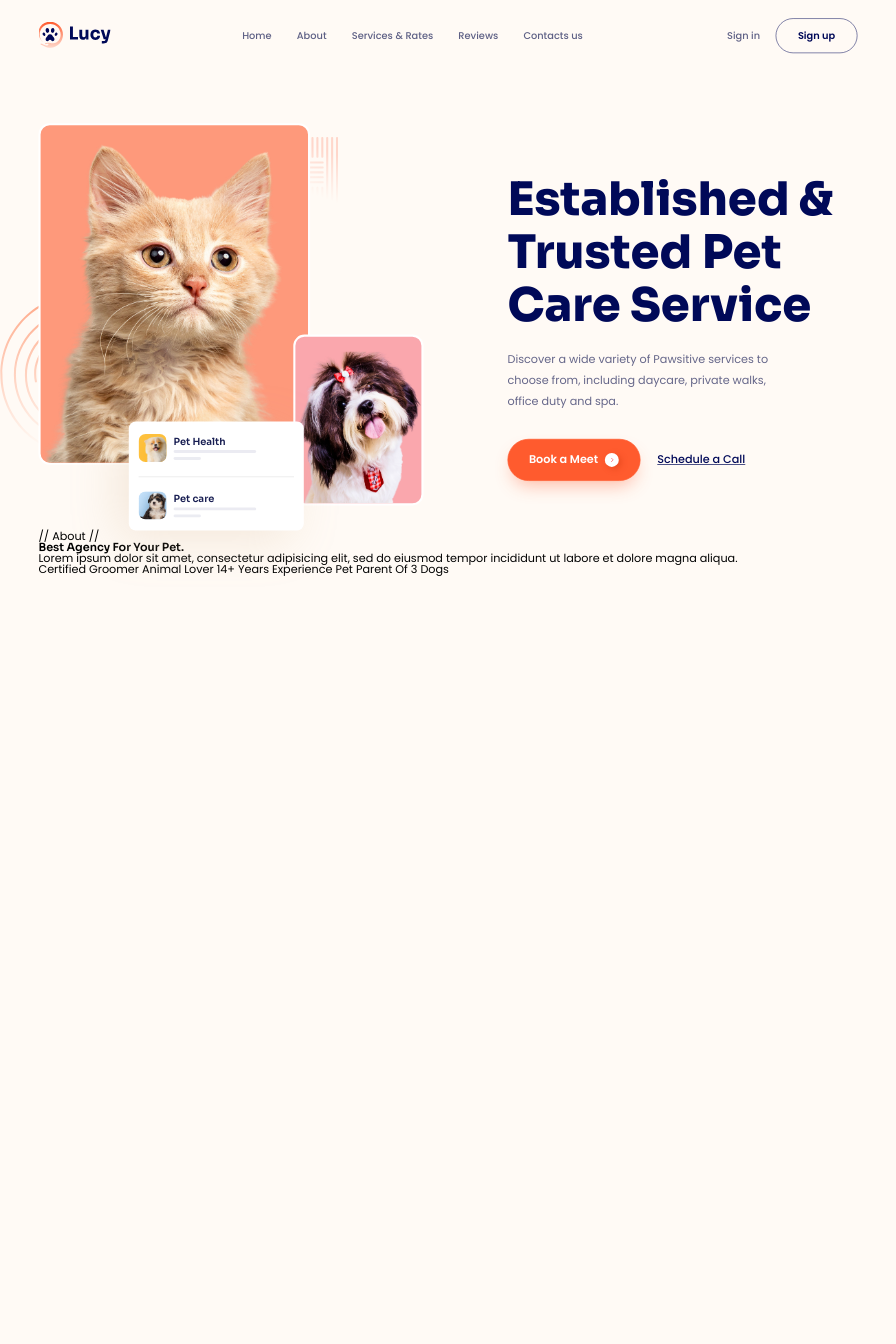
Repository: empty24062002/f8-project-05
Page: index.html
These files come from the project's save history. The page is drawn as it stood at one moment and after the next save; the edit follows.
The browser window is 1280 px wide. The pictures show the part of the page from y = 0 to 1920 px (the page is 10758 px tall before and 10965 px after), at 70% of full size.

Above is the page before, as saved 2023-09-11 09:28:53.

After the next save:
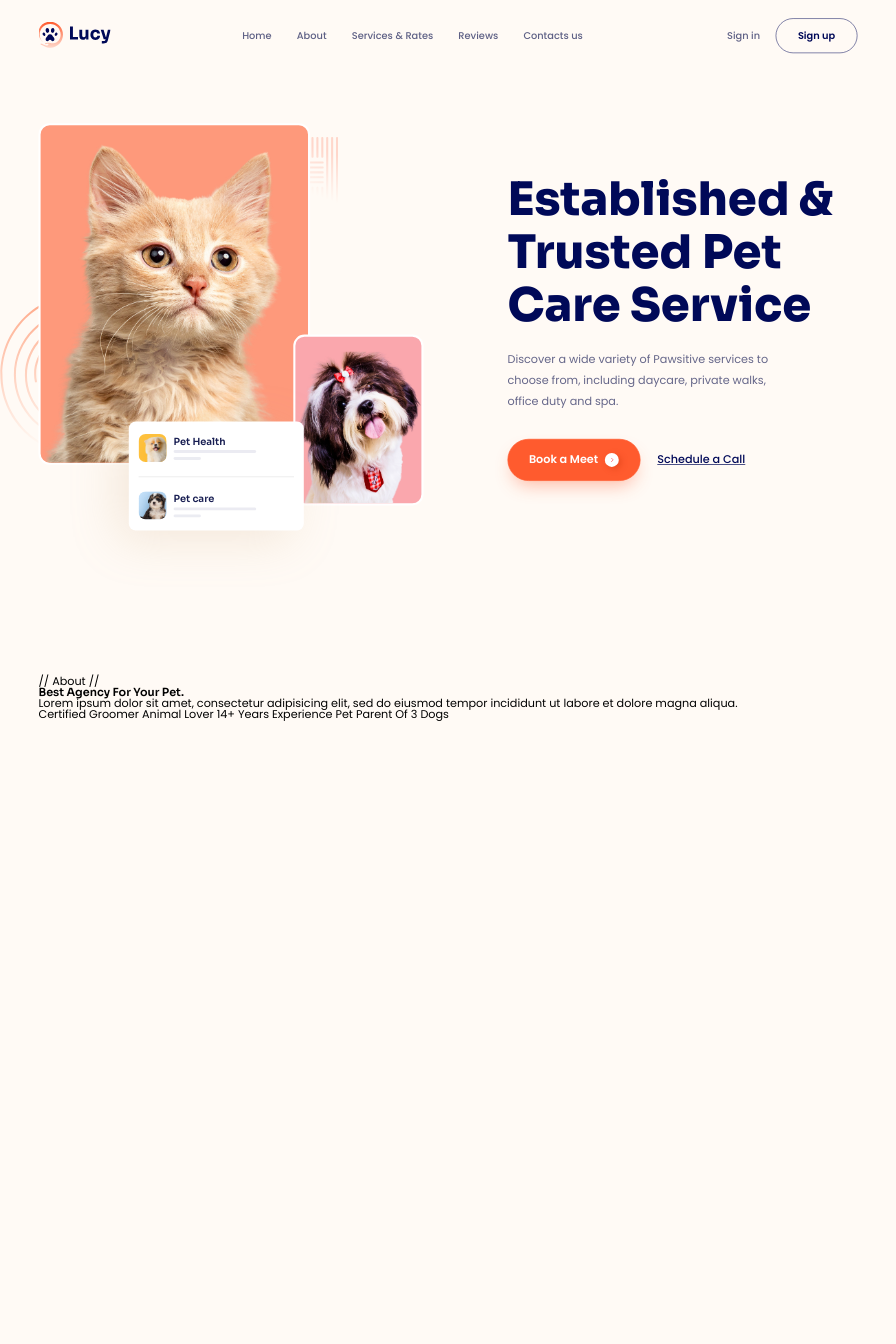
Saved 56 s later.
--- a/assets/css/styles.css
+++ b/assets/css/styles.css
@@ -275,3 +275,7 @@ a {
     line-height: 1;
     text-decoration: underline;
 }
+/* about */
+.about {
+    margin-top: 207px;
+}
